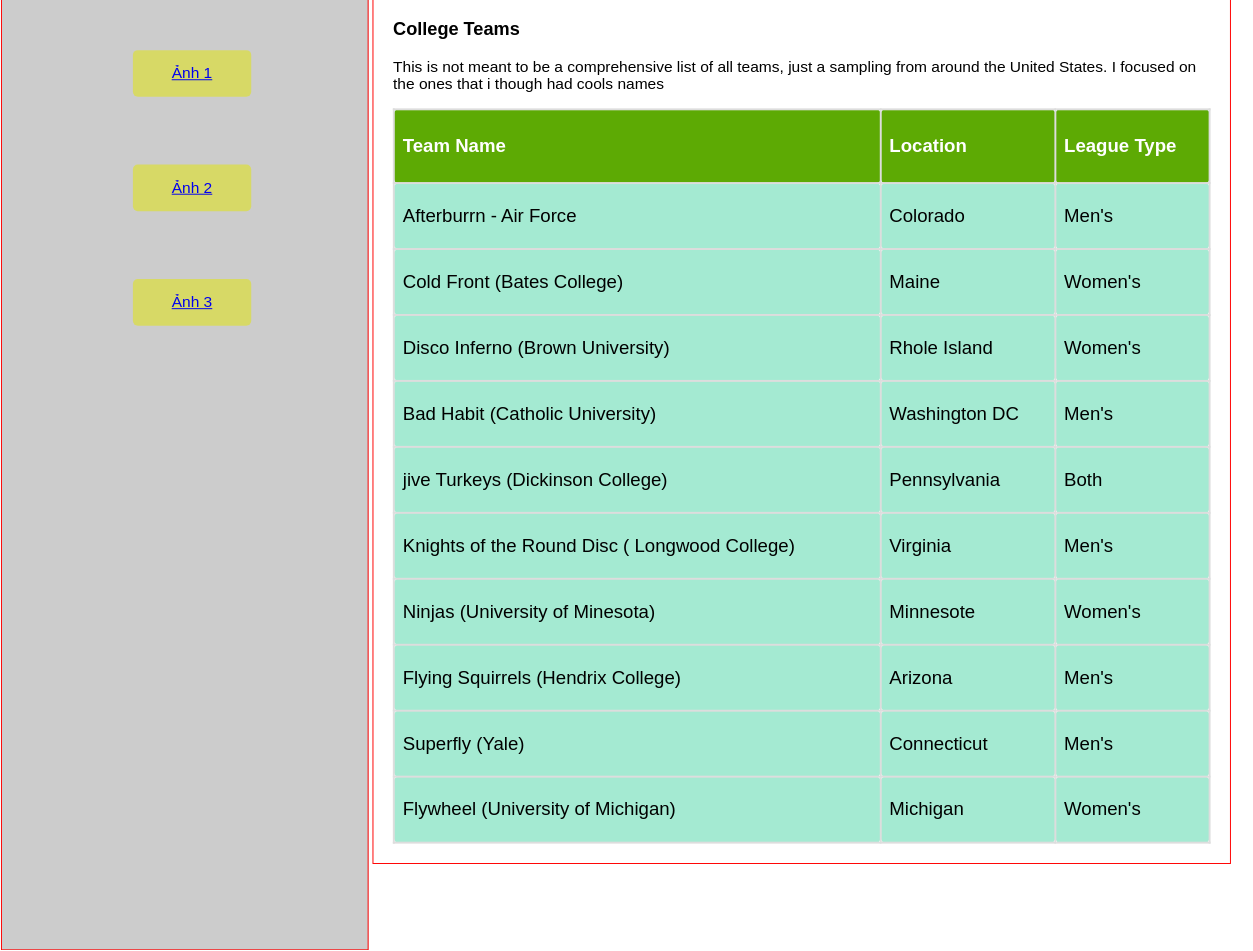
Repository: Tram-anh99/Blockchain_Funix
Page: CSS/Lab6_2.html
An editor plug-in stored every save of this project. The page is shown before and after the next save, followed by the edit.
The browser window is 1280 px wide. The page is 1292 px wide, so the pictures cover 1292 px, including what lies to the right of the window. The pictures show the part of the page from y = 176 to 1156 px (the page is 1156 px tall), at 97% of full size.

Above is the page before, as saved 2023-07-20 00:37:41.

### CSS/Lab6_2.html
<!DOCTYPE html>
<html lang="en">
      <head>
            <title></title>
            <meta charset="UTF-8">
            <meta name="viewport" content="width=device-width, initial-scale=1">
            <link href="Lab6_2.css" rel="stylesheet">
      </head>
      <body>
            <header>
                  <h1>ULIMATE FRISBEE TEAMS</h1>
                  <div>
                        <p>Home</p>
                        <p>Teams</p>
                        <p>History</p>
                        <p>USA Ultimate</p>
                  </div>
            </header>
            <section>
                  <nav>
                        <ul>
                          <ol><a href="#">Ảnh 1</a></ol>
                          <ol><a href="#">Ảnh 2</a></ol>
                          <ol><a href="#">Ảnh 3</a></ol>
                        </ul>
                      </nav>

                      <article>
                        <h1>College Teams</h1>
                        <p>This is not meant to be a comprehensive list of all teams, just a sampling from around the United States. I focused on the ones that i though had cools names</p>
                        <table>
                              <tr>
                                    <th>Team Name</th>
                                    <th>Location</th>
                                    <th>League Type</th>
                              </tr>
                              <tr>
                                    <td>Afterburrn - Air Force</td>
                                    <td>Colorado</td>
                                    <td>Men's</td>
                              </tr>
                              <tr>
                                    <td>Cold Front (Bates College)</td>
                                    <td>Maine</td>
                                    <td>Women's</td>
                              </tr>
                              <tr>
                                    <td>Disco Inferno (Brown University)</td>
                                    <td>Rhole Island</td>
                                    <td>Women's</td>
                              </tr>
                              <tr>
                                    <td>Bad Habit (Catholic University)</td>
                                    <td>Washington DC</td>
                                    <td>Men's</td>
                              </tr>
                              <tr>
                                    <td>jive Turkeys (Dickinson College)</td>
                                    <td>Pennsylvania</td>
                                    <td>Both</td>
                              </tr>
                              <tr>
                                    <td>Knights of the Round Disc ( Longwood College)</td>
                                    <td>Virginia</td>
                                    <td>Men's</td>
                              </tr>
                              <tr>
                                    <td>Ninjas (University of Minesota)</td>
                                    <td>Minnesote</td>
                                    <td>Women's</td>
                              </tr>
                              <tr>
                                    <td>Flying Squirrels (Hendrix College)</td>
                                    <td>Arizona</td>
                                    <td>Men's</td>
                              </tr>
                              <tr>
                                    <td>Superfly (Yale)</td>
                                    <td>Connecticut</td>
                                    <td>Men's</td>
                              </tr>
                              <tr>
                                    <td>Flywheel (University of Michigan)</td>
                                    <td>Michigan</td>
                                    <td>Women's</td>
                              </tr>
                        </table>
                      </article>
            </section>
            <footer>

            </footer>
      </body>
</html>

### CSS/Lab6_2.css
* {
      box-sizing: border-box;
}

body {
      font-family: Arial, Helvetica, sans-serif;
}
header{
    background-image:url("./img/img1.jpg") ;
    margin: -20px;
}
header h1 {
      text-align: center;
      font-style: inherit;
      font-size: larger;
      padding: 20px;
}
header p{
      margin: 30px;
      padding: 15px 35px;
      text-decoration: dotted;
      border-radius: 5px;
      opacity: inherit;
      text-align: center;
      display: inline-flex;
      justify-content:space-between;
      align-items: center;
      flex-flow: 1;
      background: rgba(224, 228, 22, 0.555);
      opacity: 5px;
}
nav  {
      margin-left: -7px;
      margin-right: 4px;
      float: left;
      width: 30%;
      height: 1000px;
      background: #ccc;
      padding: 20px;
      border: 1px solid red;
    }
nav a{
      margin: 35px;
      padding: 15px 40px;
      border-radius: 5px;
      opacity: inherit;
      text-align: left;
      display: inline-flex;
      justify-content:space-between;
      float: left;
      align-items:flex-start;
      background: rgba(224, 228, 22, 0.555);
      opacity: 5px;
}
article{
      margin-right: 3px;
      margin-left: -6px;
      float: right;
      width: 70%;
      background: #ffffff;
      padding: 20px;
      border: 1px solid red;
}
table {
      font:500;
      width: 100%;
      line-height: 50px;
      border-collapse: collapse;
      text-align: left;
      font-size: larger;
      border: 2px solid rgb(155, 194, 47);
      border-radius: 5px;
}
td,th{
      border: 2px solid #ddd;
      padding: 8px;
      border-radius: 5px;
}
th {
      padding-top: 12px;
      padding-bottom: 12px;
      text-align: left;
      background-color: #5daa04;
      color: white;
      border-radius: 5px;
}
tr{
      background-color: rgba(27, 201, 143, 0.397);
}

After the next save:
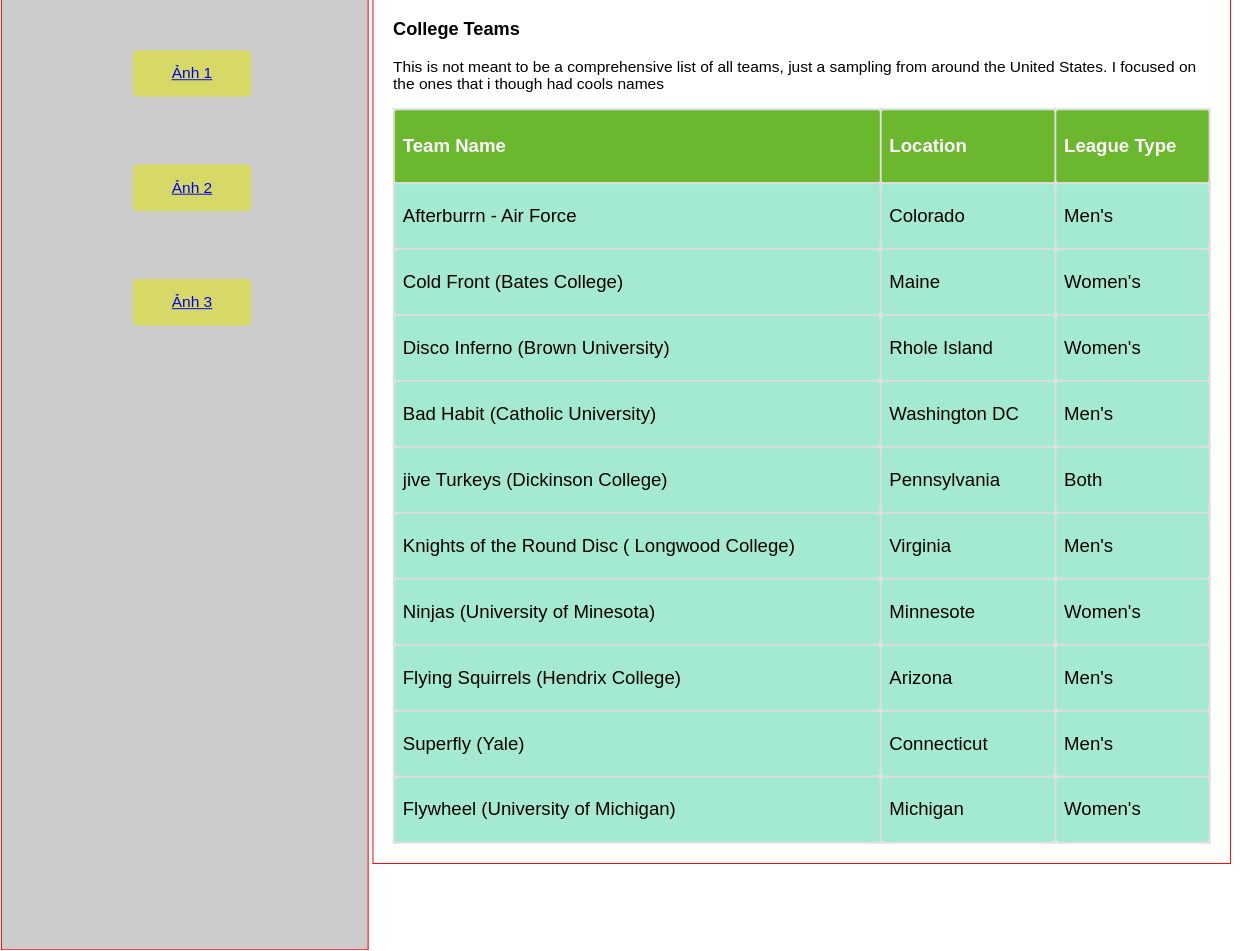
Saved 5 s later.
--- a/CSS/Lab6_2.css
+++ b/CSS/Lab6_2.css
@@ -80,7 +80,7 @@
       padding-top: 12px;
       padding-bottom: 12px;
       text-align: left;
-      background-color: #5daa04;
+      background-color: #5daa04cb;
       color: white;
       border-radius: 5px;
 }
